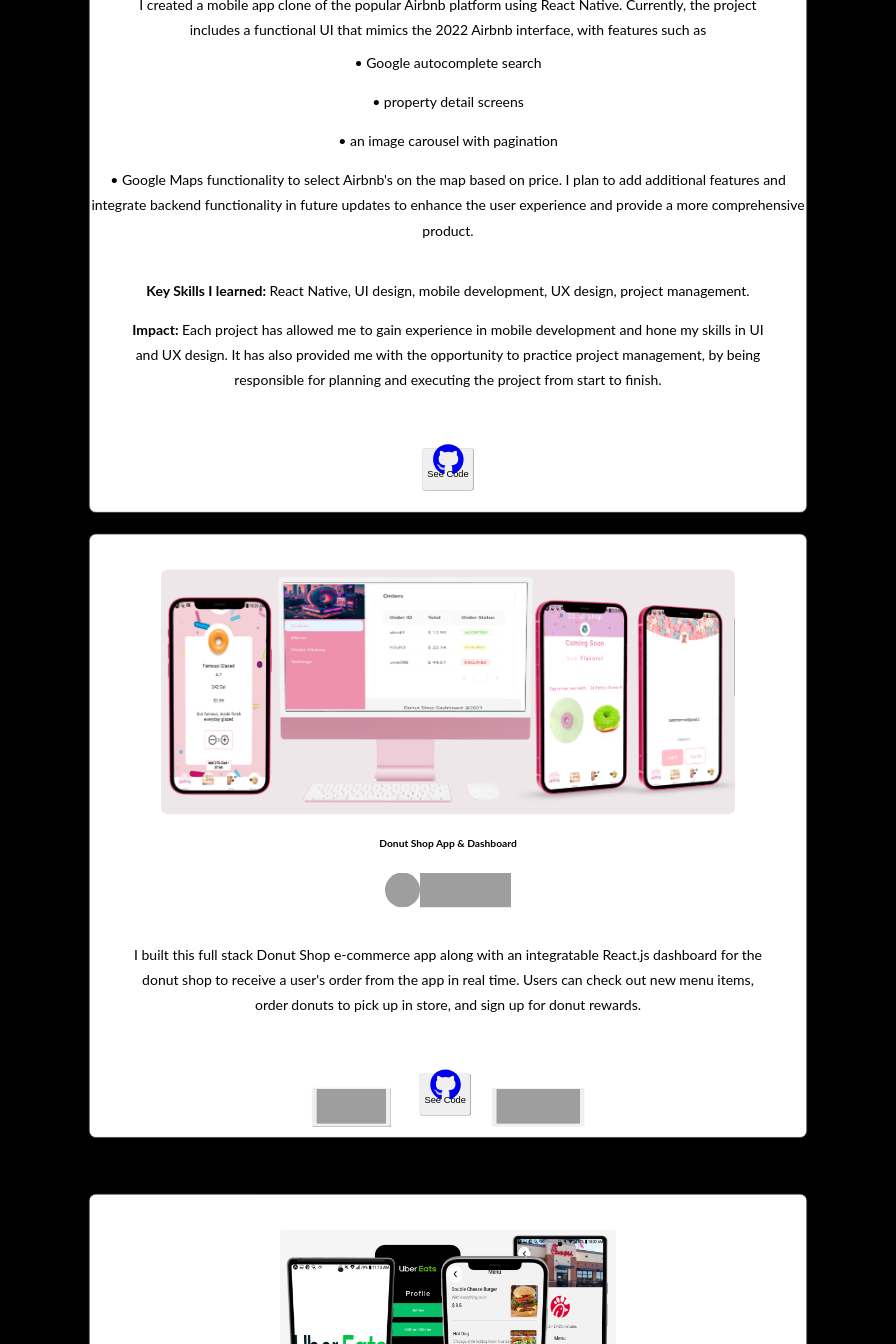
Repository: JamesPesenti/portfolio
Page: /
These files come from the project's save history. The page is drawn as it stood at one moment and after the next save; the edit follows.
The browser window is 1280 px wide. The pictures show the part of the page from y = 2079 to 3999 px (the page is 6929 px tall), at 70% of full size.
Pictures or frames that could not be fetched are drawn as grey boxes. The project was rebuilt for these pictures with package versions that can differ from the ones it lists, and the page was loaded fresh each time. Imported but missing from the stored project, and not drawn on this page: src/Components/James Pesenti Resume 2023.pdf.

Above is the page before, as saved 2023-05-05 17:04:18.

After the next save:
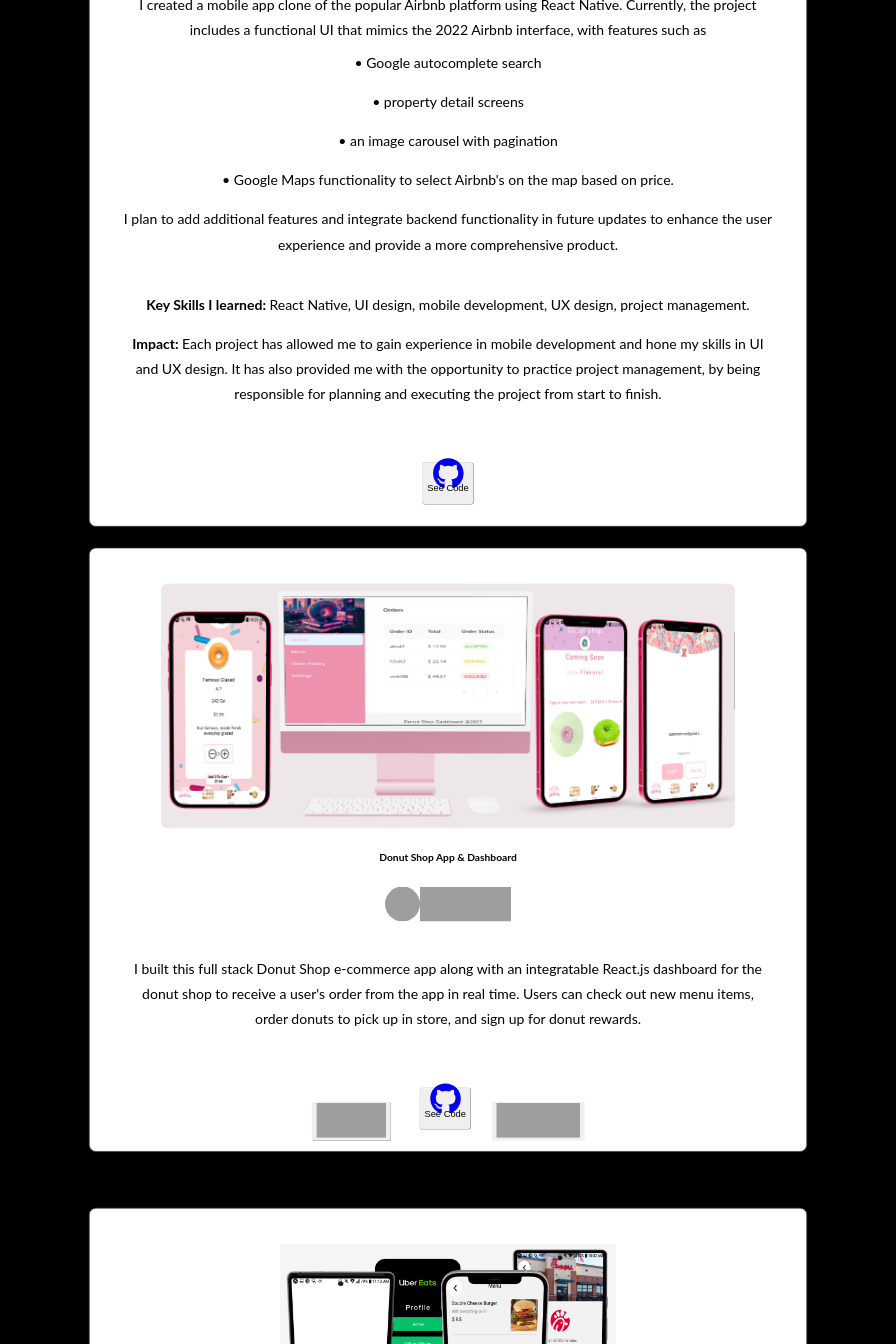
Saved 41 s later.
--- a/src/Components/MyProjects.jsx
+++ b/src/Components/MyProjects.jsx
@@ -26,7 +26,8 @@
             <p style={{fontSize: 20, textAlign: 'center', padding: 0}}>&#8226; Google autocomplete search</p>
             <p style={{fontSize: 20, textAlign: 'center', padding: 0,}}>&#8226; property detail screens</p>
             <p style={{fontSize: 20, textAlign: 'center', padding: 0}}>&#8226; an image carousel with pagination</p>
-            <p style={{fontSize: 20, textAlign: 'center', padding: 0}}> &#8226; Google Maps functionality to select Airbnb's on the map based on price. I plan to add additional features and integrate backend functionality in future updates to enhance the user experience and provide a more comprehensive product.</p>
+            <p style={{fontSize: 20, textAlign: 'center', padding: 0}}> &#8226; Google Maps functionality to select Airbnb's on the map based on price.</p>
+            <p style={{fontSize: 20, textAlign: 'center', padding: 0}}>I plan to add additional features and integrate backend functionality in future updates to enhance the user experience and provide a more comprehensive product.</p>
             <p style={{fontSize: 20, textAlign: 'center', padding: 30, marginBottom: -80}}><b> Key Skills I learned: </b>React Native, UI design, mobile development, UX design, project management.</p>
             <p style={{fontSize: 20, textAlign: 'center', padding: 50}}><b> Impact: </b> Each project has allowed me to gain experience in mobile development and hone my skills in UI and UX design. It has also provided me with the opportunity to practice project management, by being responsible for planning and executing the project from start to finish.</p>
 
